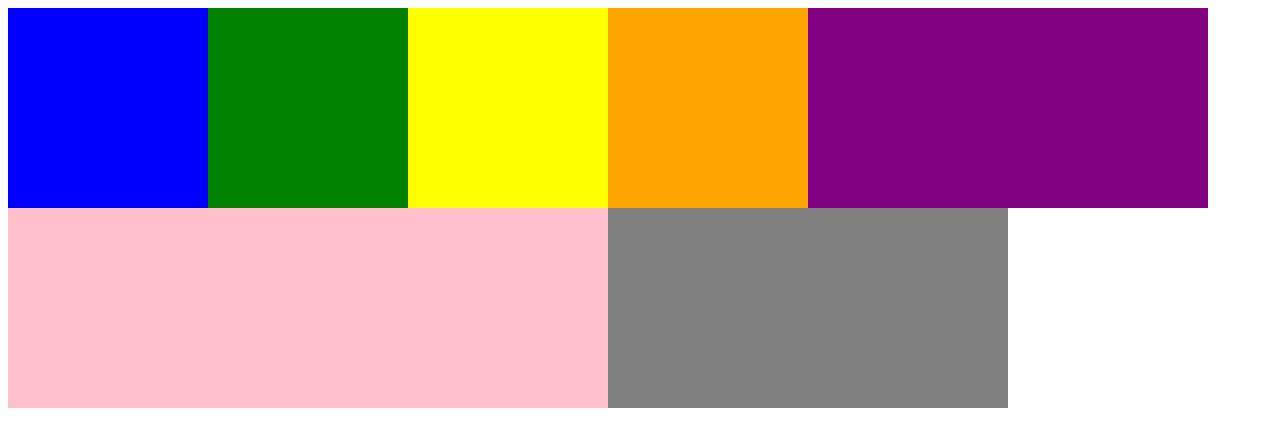
Repository: zmfhd1/Web
Page: boardtest/WebContent/float.html
These files come from the project's save history. The page is drawn as it stood at one moment and after the next save; the edit follows.
The browser window is 1280 px wide. The pictures show the whole page.

Above is the page before, as saved 2021-08-23 01:57:44.

After the next save:
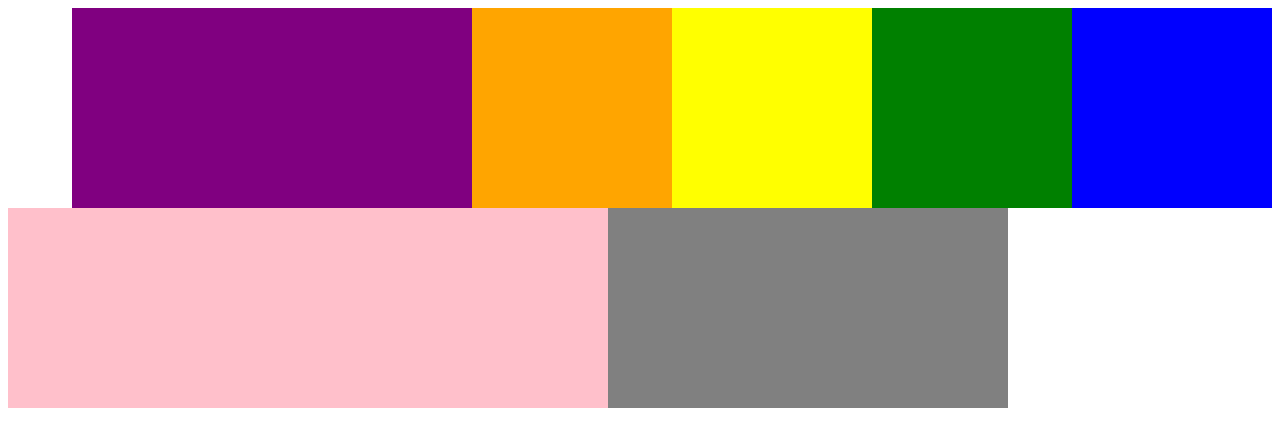
Saved 59 s later.
--- a/boardtest/WebContent/float.html
+++ b/boardtest/WebContent/float.html
@@ -22,22 +22,27 @@
 
 
 #div1 {
-  float: left;
+  /* float: left; */
+  float : right;
 }
 
 #div2{
-  float: left;
+  /* float: left; */
+  float : right;
 }
 
 #div3{
-  float: left;
+  /* float: left; */
+  float : right;
 }
 #div4{
-  float: left;
+  /* float: left; */
+  float : right;
 }
 
 #div5{
   float: left;
+  float : right;
 }
 
 #div6{
